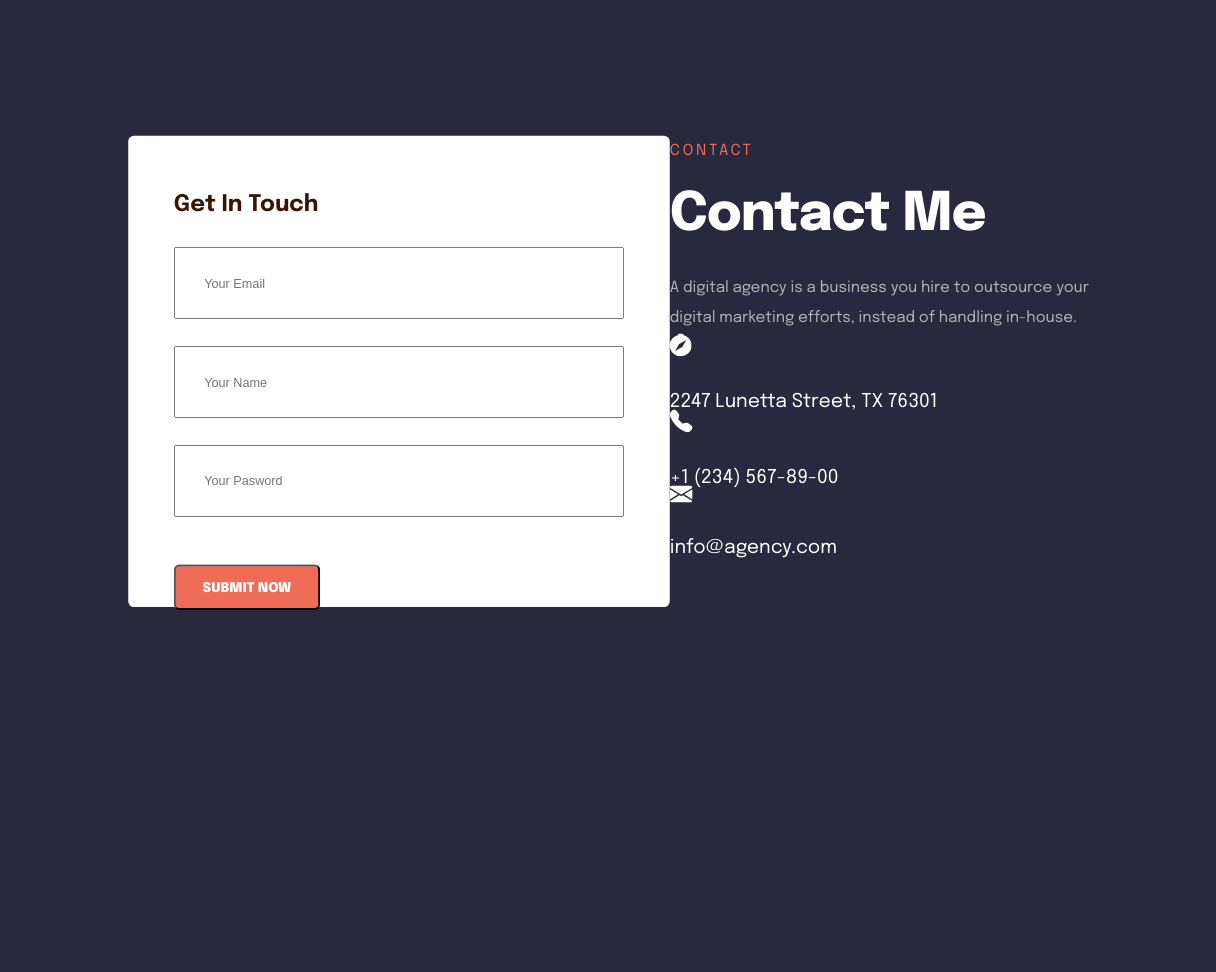
Repository: MehdiKerimov/Figma-Task-14
Page: index.html
An editor plug-in stored every save of this project. The page is shown before and after the next save, followed by the edit.
The browser window is 1280 px wide. The pictures show the whole page, at 95% of full size.

Above is the page before, as saved 2023-10-07 15:24:12.

### index.html
<!DOCTYPE html>
<html lang="en">
  <head>
    <meta charset="UTF-8" />
    <meta name="viewport" content="width=device-width, initial-scale=1.0" />
    <title>Document</title>
    <link rel="stylesheet" href="index.css" />
  </head>
  <body>
    <div class="container">
      <div class="box-container">
        <h1>Get In Touch</h1>
        <form action="">
          <label for="">
            <input type="email" placeholder="Your Email" name="" id="" />
          </label>
          <label for="">
            <input type="text" placeholder="Your Name" />
          </label>
          <label for="">
            <input type="password" placeholder="Your Pasword" />
          </label>
        </form>
        <button><a href="#">Submit Now</a></button>
      </div>

      <div class="text-box">
        <h1>Contact</h1>
        <h2>Contact Me</h2>
        <p>
          A digital agency is a business you hire to outsource your digital
          marketing efforts, instead of handling in-house.
        </p>

        <div class="box">
          <div class="circle">
            <svg
              xmlns="http://www.w3.org/2000/svg"
              width="23"
              height="24"
              viewBox="0 0 23 24"
              fill="none"
            >
              <path
                fill-rule="evenodd"
                clip-rule="evenodd"
                d="M12.5128 23.9559C18.4476 23.4434 22.9991 18.5852 23 12.7619C22.9992 7.68681 19.5202 3.24133 14.5089 1.91219C14.6419 1.45966 14.5495 0.972375 14.2595 0.596433C13.9696 0.220491 13.5157 -0.000396111 13.034 0H9.9675C9.4858 -0.000396111 9.03192 0.220491 8.74193 0.596433C8.45195 0.972375 8.35958 1.45966 8.49253 1.91219C2.74205 3.43556 -0.865618 8.99957 0.179927 14.7325C1.22547 20.4654 6.57793 24.4683 12.5128 23.9559ZM17.4618 6.91176L17.465 6.90994L17.462 6.91144L17.4618 6.91176ZM17.4618 6.91176L9.87551 11.1479L5.53646 18.5674L13.126 14.3294L17.4618 6.91176Z"
                fill="white"
              />
            </svg>
            <p>2247 Lunetta Street, TX 76301</p>
          </div>

          <div class="circle">
            <svg
              xmlns="http://www.w3.org/2000/svg"
              width="24"
              height="24"
              viewBox="0 0 24 24"
              fill="none"
            >
              <path
                fill-rule="evenodd"
                clip-rule="evenodd"
                d="M2.82812 0.765296C3.35902 0.235151 4.09188 -0.0416708 4.84066 0.0050961C5.58945 0.051863 6.28217 0.417722 6.743 1.00981L9.43541 4.46897C9.92889 5.10349 10.1029 5.93003 9.9079 6.71007L9.08742 9.99522C9.00114 10.3413 9.10245 10.7073 9.35441 10.9598L13.0398 14.6454C13.2925 14.8979 13.6592 14.9993 14.0058 14.9124L17.2892 14.0919C18.0691 13.8969 18.8953 14.0711 19.5301 14.5644L22.989 17.2555C24.2324 18.2231 24.3464 20.0607 23.2335 21.1722L21.6825 22.7233C20.5726 23.8333 18.9136 24.3209 17.3672 23.7763C13.4091 22.3836 9.81531 20.1174 6.85249 17.146C3.88152 14.1834 1.61557 10.5899 0.222699 6.63206C-0.320284 5.08699 0.167201 3.42642 1.27717 2.31637L2.82812 0.765296Z"
                fill="white"
              />
            </svg>
            <p>+1 (234) 567-89-00</p>
          </div>
          <div class="circle">
            <svg
              xmlns="http://www.w3.org/2000/svg"
              width="24"
              height="18"
              viewBox="0 0 24 18"
              fill="none"
            >
              <path
                fill-rule="evenodd"
                clip-rule="evenodd"
                d="M3 0C1.60024 -9.42171e-05 0.386447 0.967828 0.075 2.3325L12 9.621L23.925 2.3325C23.6136 0.967828 22.3998 -9.42171e-05 21 0H3ZM0 14.7015V4.0455L8.7045 9.3645L0 14.7015ZM10.1415 10.245L0.2865 16.2855C0.78351 17.3335 1.84012 18.0011 3 18H21C22.1597 18.0003 23.2157 17.3321 23.712 16.284L13.857 10.2435L12 11.379L10.1415 10.2435V10.245ZM24 14.7015L15.2955 9.366V9.3645L24 4.0455V14.7015Z"
                fill="white"
              />
            </svg>
            <p>info@agency.com</p>
          </div>
        </div>
      </div>
    </div>
  </body>
</html>

### index.css
@import url("https://fonts.googleapis.com/css2?family=Epilogue:wght@400;700;800;900&display=swap");
* {
  padding: 0;
  margin: 0;
  box-sizing: border-box;
}
.container {
  background-color: #28293e;
  min-height: 100vh;
  padding: 143px 135px 160px 135px;
  display: flex;
  justify-content: space-between;
}
.container .box-container {
  padding: 57px 48px 48px 48px;
  width: 570px;
  height: 496px;
  border-radius: 6px;
  background: #fff;
}
.container .box-container h1 {
  color: var(--Text_Dark, #391400);
  font-feature-settings: "clig" off, "liga" off;
  font-family: Epilogue;
  font-size: 24px;
  font-style: normal;
  font-weight: 700;
  line-height: 32px;
}
form {
  display: flex;
  flex-direction: column;
  align-items: center;
}
input {
  padding-left: 30px;
  padding-right: 30px;
  margin-top: 28px;
  width: 474px;
  height: 76px;
}
.container .box-container button {
  margin-top: 50px;
  width: 154px;
  height: 48px;
  border-radius: 6px;
  background: #ef6d58;
}
.container .box-container button a {
  text-decoration: none;
  color: #fff;
  text-align: center;
  font-family: Epilogue;
  font-size: 14px;
  font-style: normal;
  font-weight: 900;
  line-height: normal;
  text-transform: uppercase;
}
.container .text-box {
  min-height: 100vh;
}
.container .text-box h1 {
  width: 86px;
  color: var(--Text_Light_Accent, #ef6d58);
  font-feature-settings: "clig" off, "liga" off;
  font-family: Epilogue;
  font-size: 16px;
  font-style: normal;
  font-weight: 400;
  line-height: 32px;
  letter-spacing: 3px;
  text-transform: uppercase;
}
.container .text-box h2 {
  margin-top: 20px;
  color: var(--Text_Light, #fff);
  font-feature-settings: "clig" off, "liga" off;
  font-family: Epilogue;
  font-size: 56px;
  font-style: normal;
  font-weight: 800;
  line-height: 64px;
  letter-spacing: -1px;
}
.container .text-box p {
  margin-top: 28px;
  width: 470px;
  color: var(--Text_Light_Gray, rgba(255, 255, 255, 0.64));
  font-feature-settings: "clig" off, "liga" off;
  font-family: Epilogue;
  font-size: 16px;
  font-style: normal;
  font-weight: 400;
  line-height: 32px;
}
.container .box p {
  color: var(--Text_Light, #fff);
  font-feature-settings: "clig" off, "liga" off;
  font-family: Epilogue;
  font-size: 20px;
  font-style: normal;
  font-weight: 400;
  line-height: 32px;
}
.container .circle {
  width: 80px;
  height: 80px;
  border-radius: 50%;
}
.container {
}

After the next save:
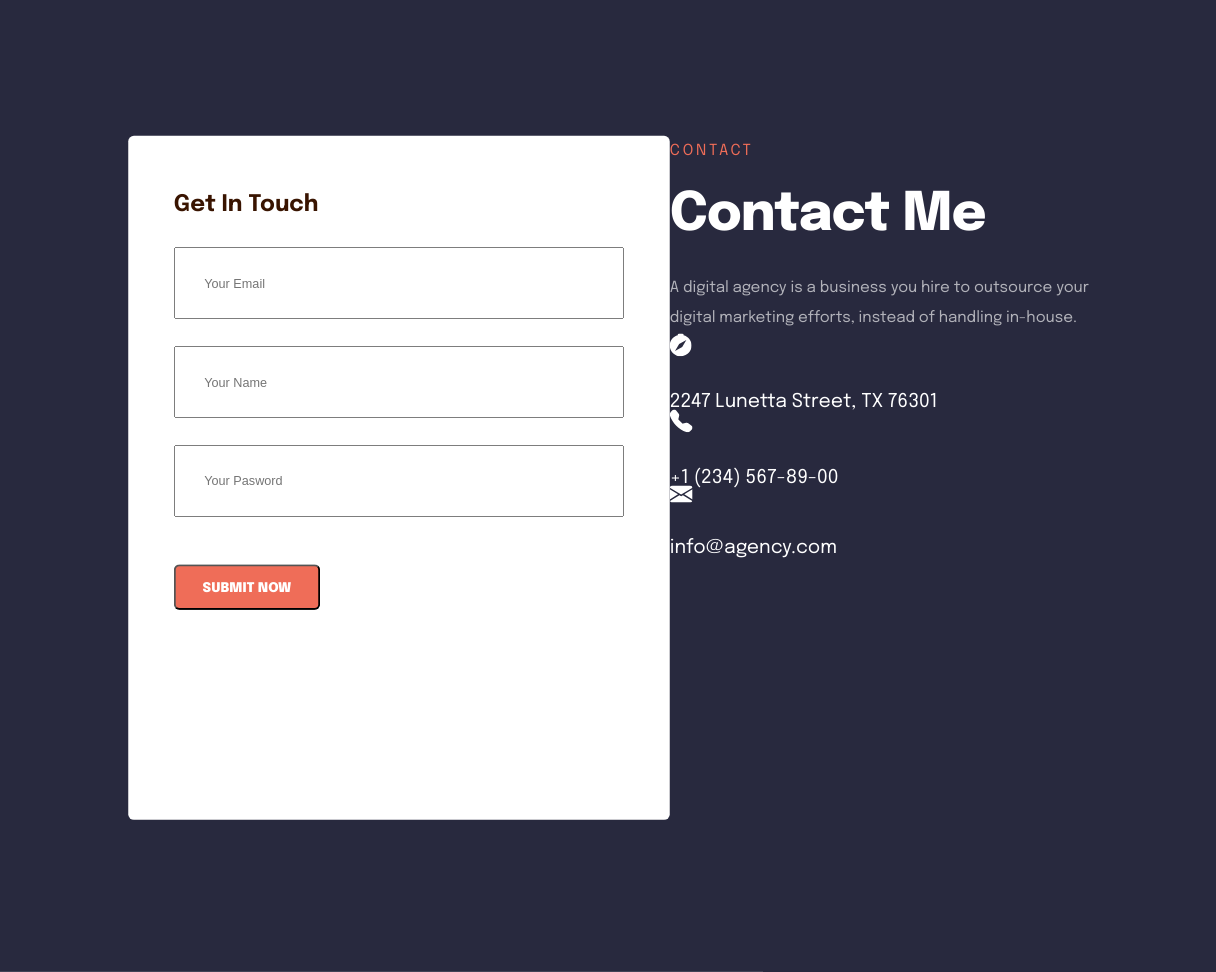
Saved 16 s later.
--- a/index.css
+++ b/index.css
@@ -14,7 +14,7 @@
 .container .box-container {
   padding: 57px 48px 48px 48px;
   width: 570px;
-  height: 496px;
+
   border-radius: 6px;
   background: #fff;
 }
